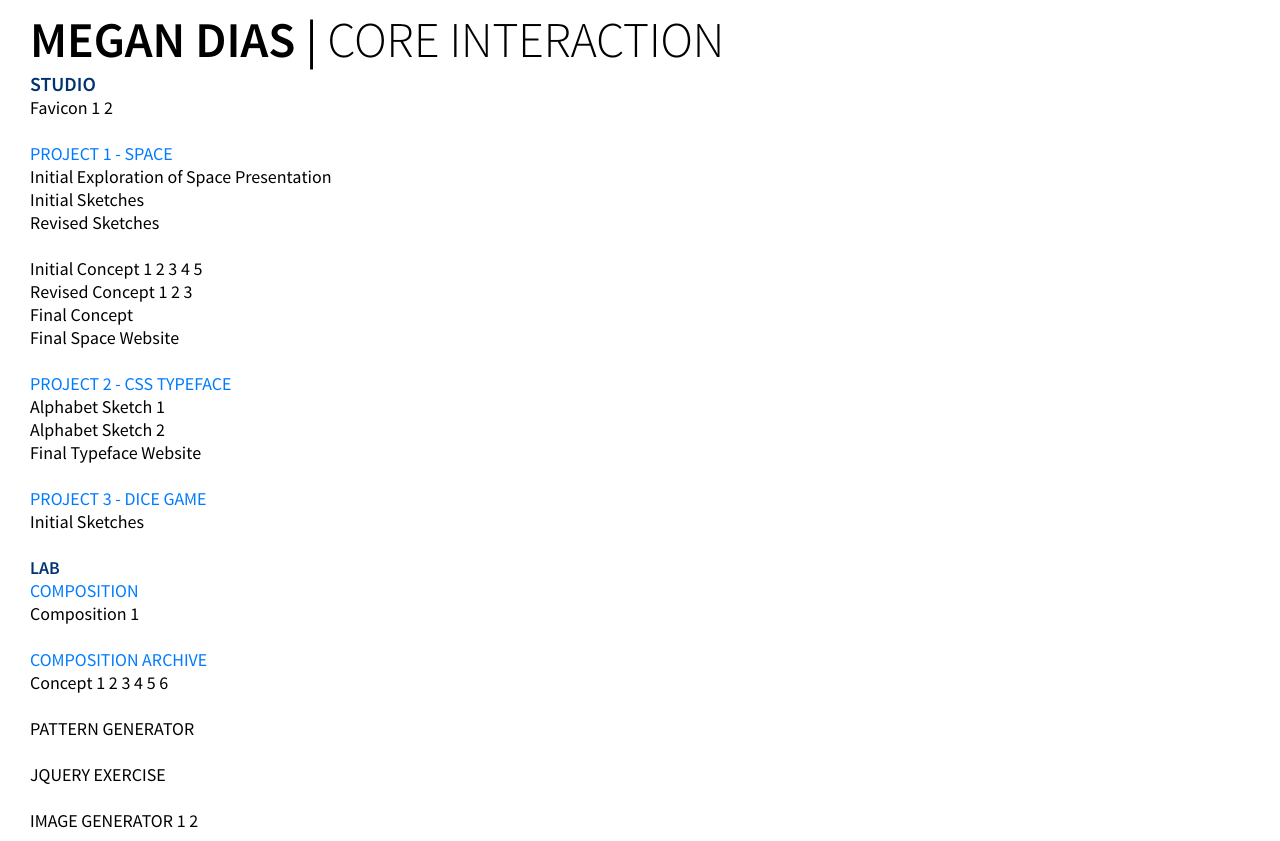
Repository: diasm568/diasm568.github.io
Page: index.html
The author's editor kept a record of every edit. The page is drawn from the files as they stood at one moment, then again after the next edit.
The browser window is 1280 px wide. The pictures show the whole page.

Above is the page before.

### index.html
<html>
<link href="styles.css" rel="stylesheet" type="text/css">


<title>Megan Dias|Core Interaction</title>

<body>
    	<p1><f3>MEGAN DIAS<f3><f2> | </f2><f1>CORE INTERACTION</f1><p1>
        <br>
        <p2><f3> STUDIO </f3><p2>
        <br>
        <p3><f2><a href="studio/favicon1.html">Favicon     1     </a><a href="studio/favicon2.html">     2     </a><f2><p3>
        <br>
        <br>
        <span style="text-transform: uppercase">Project 1 - Space</a></span>
        <br>
        <a href="studio/project1/presentation.pdf">Initial Exploration of Space Presentation</a>
        <br>
        <a href=oject2/initialSketches.pdf">Initial Sketches</a>
        <br>
        <a href="studio/project2/revisedSketches.pdf">Revised Sketches</a>
        <br>
        <br><a href="studio/project1/initialSketches/initialConcept1.pdf">Initial Concept     1    </a><a href="studio/project1/initialSketches/initialConcept2.pdf">    2    </a><a href="studio/project1/initialSketches/initialConcept3.pdf">    3    </a><a href="studio/project1/initialSketches/initialConcept4.pdf">    4    </a><a href="studio/project1/initialSketches/initialConcept5.pdf">    5    </a>
        <br>
        <a href="studio/project1/revisedSketches/revisedConcept1.pdf">Revised Concept    1    </a><a href="studio/project1/revisedSketches/revisedConcept2.pdf">    2    </a><a href="studio/project1/revisedSketches/revisedConcept3.pdf">    3    </a>
        <br>
        <a href="studio/project1/finalConcept.pdf">Final Concept</a>
        <br>
        <a href="studio/project1/spaceWebsite/index.html">Final Space Website</a>
        <br>
        <br>
        <span style="text-transform: uppercase">Project 2 - CSS Typeface</a></span>
        <br>
        <a href="studio/pr
        <a href="studio/project2/alphabetSketch1/index.html">Alphabet Sketch 1</a>
        <br>
        <a href="studio/project2/alphabetSketch2/index.html">Alphabet Sketch 2</a>
        <br>
        <a href="studio/project2/typefaceWebsite/index.html">Final Typeface Website</a>
        <br>
        <br>
        <span style="text-transform: uppercase">Project 3 - Dice Game</a></span>
        <br>
        <a href="studio/project3/initialSketches.pdf">Initial Sketches</a>
        <br>
        <br>
        <f3>LAB</f3>
        <br>
        <span style="text-transform: uppercase">Composition</a></span>
        <br>
        <a href="lab/composition.html">Composition 1</a>
        <br>
        <br>
        <span style="text-transform: uppercase">Composition Archive</a></span>
        <br>
        <a href="lab/compositionArchive/initialSketches/archive1.pdf">Concept     1    </a><a href="lab/compositionArchive/initialSketches/archive2.pdf">    2    </a><a href="lab/compositionArchive/initialSketches/archive3.pdf">    3    </a><a href="lab/compositionArchive/initialSketches/archive4.pdf">    4    </a><a href="lab/compositionArchive/initialSketches/archive5.pdf">    5    </a></a><a href="lab/compositionArchive/initialSketches/archive6.pdf">    6    </a>
        <br>
        <br>
        <span style="text-transform: uppercase"><a href="lab/patternGenerator.js">Pattern Generator</a></span>
        <br>
        <br>
        <span style="text-transform: uppercase"><a href="lab/jqueryExercise/index.html">jQuery Exercise</a></span>
        <br>
        <br>
        <span style="text-transform: uppercase"><a href="lab/imageGenerator/index.html">Image Generator 1</a></span><span style="text-transform: uppercase"><a href="lab/imageGenerator2/index.html">    2    </a></span>

</body>

</html>

### styles.css
@font-face {
    font-family: sourceSansPro-Light;
    src: url(sourceSansPro-Light.otf);
}

@font-face {
    font-family: sourceSansPro-Regular;
    src: url(sourceSansPro-Regular.otf);
}

@font-face {
    font-family: sourceSansPro-Semibold;
    src: url(sourceSansPro-Semibold.otf);
}

f1 {
    font-family: sourceSansPro-Light;
}

f2 {
    font-family: sourceSansPro-Regular;
}

f3 {
    font-family: sourceSansPro-Semibold;
}

p1 {
    font-size: 50px;
}

body {
    margin-left: 30px;
}

p2 {
    color: #003471;
    font-size: 20px;
}

p3 {
    font-size: 18px;
}

span {
    color: #007bff;
}

a:link {color: #000000; text-decoration: none; }
a:active {color: #000000; text-decoration: none; }
a:visited {color: #000000; text-decoration: none; }
a:hover {color: #7dbae7; text-decoration: none; }

After the next edit:
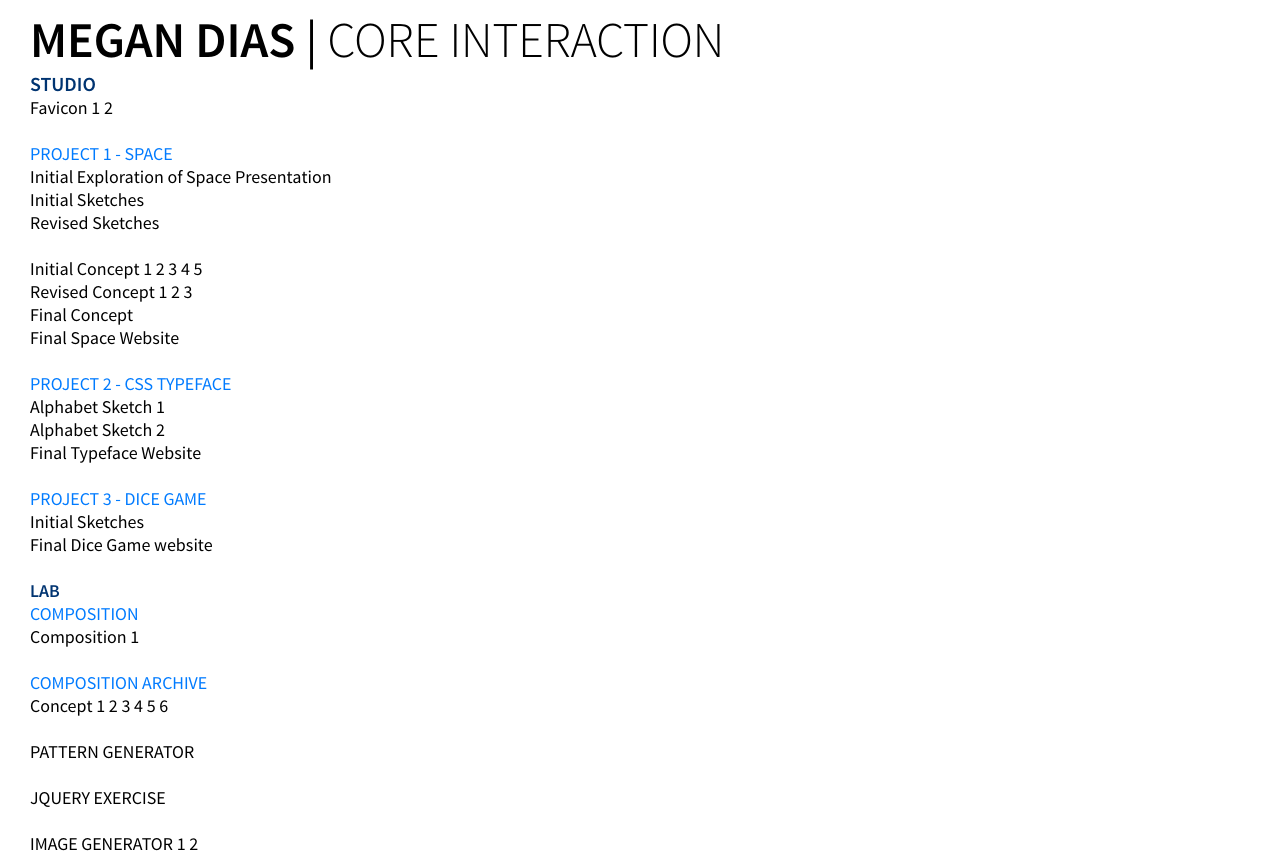
The edit:
--- a/index.html
+++ b/index.html
@@ -43,6 +43,8 @@
         <br>
         <a href="studio/project3/initialSketches.pdf">Initial Sketches</a>
         <br>
+        <a href="studio/project3/diceGameWebsite/index.html">Final Dice Game website</a>
+        <br>
         <br>
         <f3>LAB</f3>
         <br>
